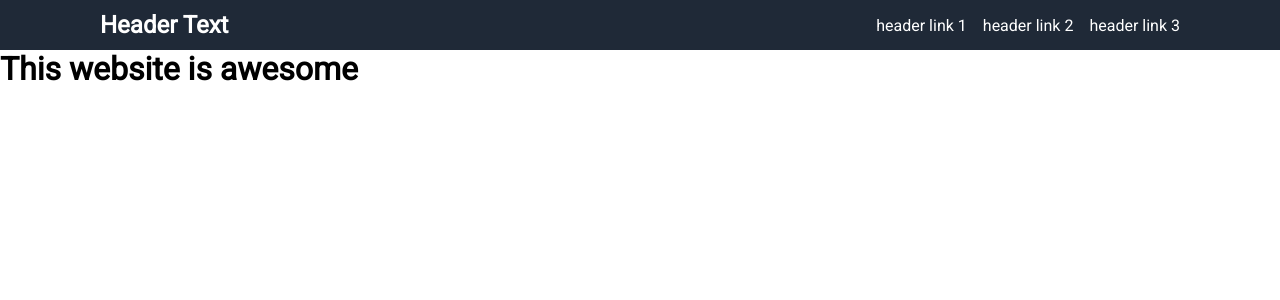
Repository: aaronestre/odin-landingpage
Page: index.html
An editor plug-in stored every save of this project. The page is shown before and after the next save, followed by the edit.
The browser window is 1280 px wide. The pictures show the whole page.

Above is the page before, as saved 2025-02-12 19:54:46.

### index.html
<!DOCTYPE html>
<html lang="en">
    <head>
        <meta charset="UTF-8" />
        <meta http-equiv="X-UA-Compatible" content="IE=edge" />
        <meta name="viewport" content="width=device-width, initial-scale=1.0" />
        <link rel="stylesheet" href="index.css" />
        <link
            href="http://fonts.googleapis.com/css?family=Roboto"
            rel="stylesheet"
            type="text/css"
        />
        <style>
            body {
                font-family: "Roboto", sans-serif;
            }
        </style>
        <title>Odin Landing Page</title>
    </head>
    <body>
        <div class="header">
            <h1>Header Text</h1>
            <div class="header-right">
                <p>header link 1</p>
                <p>header link 2</p>
                <p>header link 3</p>
            </div>
        </div>
        <div class="hero">
            <div class="hero-left">
                <h1>This website is awesome</h1>
            </div>
            <div class="hero-right">
            </div>
        </div>
    </body>
</html>

### index.css
* {
    margin: 0;
    padding: 0;
    box-sizing: border-box;
}

.header {
    background-color: #1f2937;
    margin: 0px;
    width: 100%;
    height: 50px;
    color: white;
    font-family: Roboto;
    display: flex;
    justify-content: space-between;
    align-items: center;
}

.header h1 {
    margin-left: 100px;
    font-size: 24px;
}

.header-right {
    margin-right: 100px;
    display: flex;
    justify-content: flex-end;
    gap: 16px;
}

After the next save:
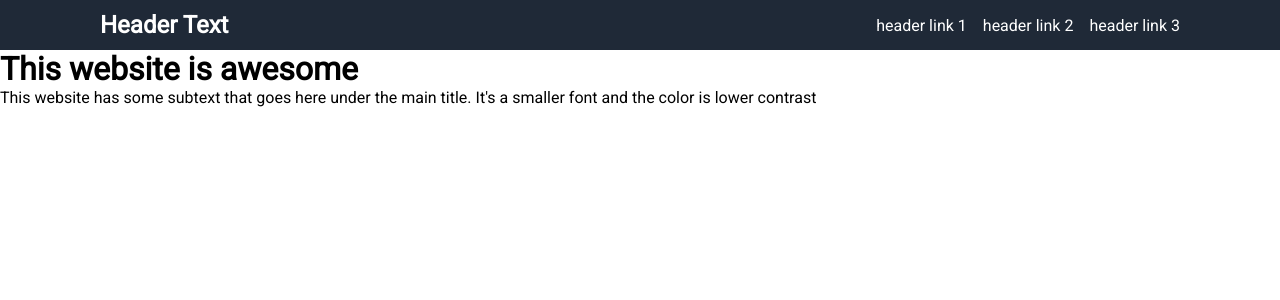
Saved 13 s later.
--- a/index.html
+++ b/index.html
@@ -29,6 +29,7 @@
         <div class="hero">
             <div class="hero-left">
                 <h1>This website is awesome</h1>
+                <p>This website has some subtext that goes here under the main title. It's a smaller font and the color is lower contrast</p>
             </div>
             <div class="hero-right">
             </div>
